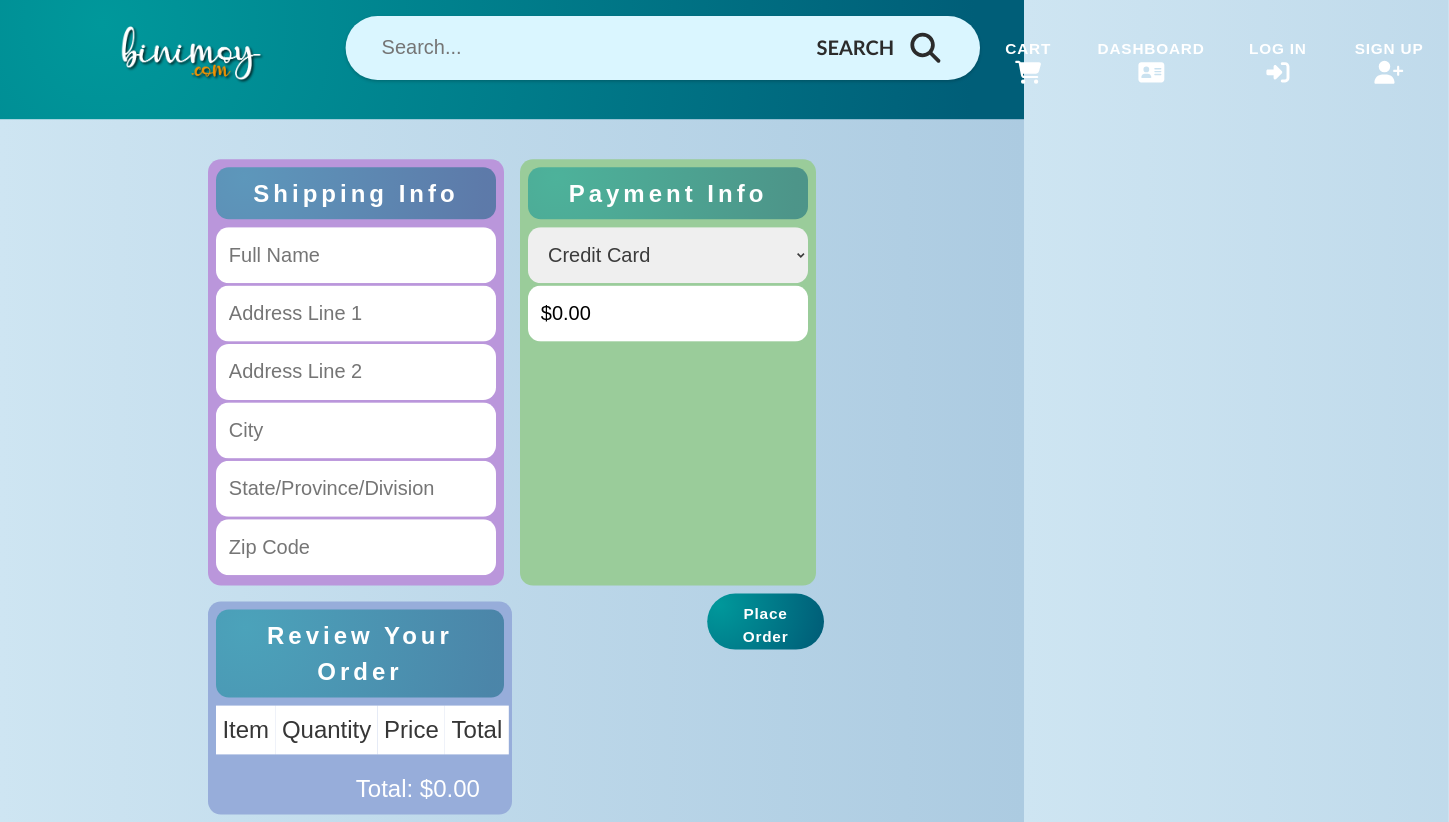
Repository: Shadman2024/2_1_DatabaseProject
Page: /checkout (app in frontend/)
An editor plug-in stored every save of this project. The page is shown before and after the next save, followed by the edit.
The browser window is 1280 px wide. The page is 1811 px wide, so the pictures cover 1811 px, including what lies to the right of the window. The pictures show the whole page, at 80% of full size.
Some web libraries are served in a nearby version. The project was rebuilt for these pictures with package versions that can differ from the ones it lists, and the page was loaded fresh each time. Also part of the build but not shown: frontend/src/App.css, frontend/src/signUp/signup.js, frontend/src/logIn/login.js, frontend/src/Home/home.module.css, frontend/src/Home/hero.js, frontend/src/Home/hero2.js, frontend/src/Home/hero3.js, frontend/src/Home/smallcategory.module.css and 31 more.

Above is the page before, as saved 2024-03-08 15:45:11.

### frontend/public/index.html
<!DOCTYPE html>
<html lang="en">

<head>
  <meta charset="utf-8" />
  <link rel="icon" href="%PUBLIC_URL%/favicon.ico" />
  <meta name="viewport" content="width=device-width, initial-scale=1" />
  <meta name="theme-color" content="#000000" />
  <meta name="description" content="Web site created using create-react-app" />
  <link rel="apple-touch-icon" href="%PUBLIC_URL%/logo192.png" />
  <!--
      manifest.json provides metadata used when your web app is installed on a
      user's mobile device or desktop. See https://developers.google.com/web/fundamentals/web-app-manifest/
    -->
  <link rel="manifest" href="%PUBLIC_URL%/manifest.json" />
  <link href="https://cdn.jsdelivr.net/npm/bootstrap@5.0.2/dist/css/bootstrap.min.css" rel="stylesheet"
    integrity="sha384-EVSTQN3/azprG1Anm3QDgpJLIm9Nao0Yz1ztcQTwFspd3yD65VohhpuuCOmLASjC" crossorigin="anonymous">
  <!--
      Notice the use of %PUBLIC_URL% in the tags above.
      It will be replaced with the URL of the `public` folder during the build.
      Only files inside the `public` folder can be referenced from the HTML.

      Unlike "/favicon.ico" or "favicon.ico", "%PUBLIC_URL%/favicon.ico" will
      work correctly both with client-side routing and a non-root public URL.
      Learn how to configure a non-root public URL by running `npm run build`.
    -->
  <title>React App</title>
</head>

<body style="background: linear-gradient(to right, #cee5f2, #accbe1);
/* Other styles */
margin: 0;
height: 100vh;
color: white;">
<!-- <body style="background: #1B1B1B"> -->


  <noscript>You need to enable JavaScript to run this app.</noscript>
  <div id="root"></div>
  <!--
      This HTML file is a template.
      If you open it directly in the browser, you will see an empty page.

      You can add webfonts, meta tags, or analytics to this file.
      The build step will place the bundled scripts into the <body> tag.

      To begin the development, run `npm start` or `yarn start`.
      To create a production bundle, use `npm run build` or `yarn build`.
    -->
  <script src="https://cdn.jsdelivr.net/npm/bootstrap@5.0.2/dist/js/bootstrap.bundle.min.js"
    integrity="sha384-MrcW6ZMFYlzcLA8Nl+NtUVF0sA7MsXsP1UyJoMp4YLEuNSfAP+JcXn/tWtIaxVXM"
    crossorigin="anonymous"></script>
  <script src="https://cdn.jsdelivr.net/npm/@popperjs/core@2.9.2/dist/umd/popper.min.js"
    integrity="sha384-IQsoLXl5PILFhosVNubq5LC7Qb9DXgDA9i+tQ8Zj3iwWAwPtgFTxbJ8NT4GN1R8p"
    crossorigin="anonymous"></script>
  <script src="https://cdn.jsdelivr.net/npm/bootstrap@5.0.2/dist/js/bootstrap.min.js"
    integrity="sha384-cVKIPhGWiC2Al4u+LWgxfKTRIcfu0JTxR+EQDz/bgldoEyl4H0zUF0QKbrJ0EcQF"
    crossorigin="anonymous"></script>
  <script src="https://code.jquery.com/jquery-3.2.1.slim.min.js"
    integrity="sha384-KJ3o2DKtIkvYIK3UENzmM7KCkRr/rE9/Qpg6aAZGJwFDMVNA/GpGFF93hXpG5KkN"
    crossorigin="anonymous"></script>
  <script src="https://cdnjs.cloudflare.com/ajax/libs/popper.js/1.12.3/umd/popper.min.js"
    integrity="sha384-vFJXuSJphROIrBnz7yo7oB41mKfc8JzQZiCq4NCceLEaO4IHwicKwpJf9c9IpFgh"
    crossorigin="anonymous"></script>
  <script src="https://maxcdn.bootstrapcdn.com/bootstrap/4.0.0-beta.2/js/bootstrap.min.js"
    integrity="sha384-alpBpkh1PFOepccYVYDB4do5UnbKysX5WZXm3XxPqe5iKTfUKjNkCk9SaVuEZflJ"
    crossorigin="anonymous"></script>


</body>

</html>

### frontend/src/index.css
*{
  margin: 0;
  outline: none;
}
body {
  margin: 0;
  font-family: -apple-system, BlinkMacSystemFont, 'Segoe UI', 'Roboto', 'Oxygen',
    'Ubuntu', 'Cantarell', 'Fira Sans', 'Droid Sans', 'Helvetica Neue',
    sans-serif;
  -webkit-font-smoothing: antialiased;
  -moz-osx-font-smoothing: grayscale;
}

code {
  font-family: source-code-pro, Menlo, Monaco, Consolas, 'Courier New',
    monospace;
}
html {
  scroll-behavior: smooth;
  position: relative;
  min-height: 100%;
  overflow-x: hidden;
}

### frontend/src/signUp/signup.module.css

.login_box {
  position: absolute;
  top: 50%;
  left: 50%;
  width: 400px;
  padding: 40px;
  margin: 20px auto;
  transform: translate(-50%, -55%);
  background-image: radial-gradient( circle farthest-corner at 10% 20%,  rgba(0,152,155,1) 0.1%, rgba(0,94,120,1) 94.2% );
  box-sizing: border-box;
  box-shadow: 0 15px 25px rgba(0,0,0,.6);
  border-radius: 10px;
  color: #ffffff;
  font-size: large;
  /* padding-left: 100px;
  padding-right: 100px; */
}
.login_box .user_box {
  position: relative;
}

.login_box .user_box input {
  width: 100%;
  padding: 10px 0;
  font-size: 16px;
  color: #fffdfd;
  margin-bottom: 30px;
  border: none;
  /* background-color: #0F1F2A; */
  border-bottom: 1px solid #ffffff;
  outline: none;
  background: transparent;
  font-size: larger;
  /* font-weight: bolder; */
}

.login_box .user_box label {
  position: absolute;
  top: -20px;
  left: 0;
  padding: 10px 0;
  font-size: 20px;
  color: #ffffff;
  /* background-color: #2E5D7F; */
  pointer-events: none;
  transition: .5s;
  font-size: large;
  /* padding: 0px;
  padding-left: 20%;
  padding-right: 20%; */
  font-weight: bold;
}

.login_box .user_box input:focus ~ label,
.login_box .user_box input:valid ~ label {
  /* top: -20px; */
  left: 0;
  color: #ffffff;
  font-size: 20px;
  /* background-color: #242424; */
  padding: 0px;
  padding-left: 10px;
  padding-right: 10px;
  font-weight: bolder;
}


.login_box p:first-child {
  margin: 0 0 30px;
  padding: 0;
  color: #ffffff;
  text-align: center;
  font-size: 1.5rem;
  font-weight: bold;
  letter-spacing: 1px;
  padding-bottom: 30px;
}




.animated_button {
  position: relative;
  display: inline-block;
  padding: 12px 24px;
  border: none;
  font-size: 16px;
  background-color: inherit;
  border-radius: 100px;
  font-weight: 600;
  color: #ffffff;
  box-shadow: 0 0 0 2px #ffffff00;
  cursor: pointer;
  overflow: hidden;
  transition: all 0.6s cubic-bezier(0.23, 1, 0.320, 1);
  text-align: center;
  font-size: 1.2rem;
  /* font-weight: bold; */
  letter-spacing: 1px;
  /* padding-bottom: 30px; */
}

.animated_button span:last-child {
  position: absolute;
  top: 50%;
  left: 50%;
  transform: translate(-50%, -50%);
  width: 20px;
  height: 20px;
  background-color: #fff;
  /* color: #000; */
  border-radius: 50%;
  opacity: 0;
  transition: all 0.8s cubic-bezier(0.23, 1, 0.320, 1);
}

.animated_button span:first-child {
  position: relative;
  z-index: 1;
}

.animated_button:hover {
  box-shadow: 0 0 0 3px #ffffff;
  color: #2F0332;
}

.animated_button:active {
  scale: 0.95;
}

.animated_button:hover span:last-child {
  width: 150px;
  height: 150px;
  opacity: 1;
}

input {
  color: white;
  background-color: black;
}

::-ms-reveal {
  filter: invert(100%);
}

/* Chrome, Safari, Edge, Opera */
input::-webkit-outer-spin-button,
input::-webkit-inner-spin-button {
-webkit-appearance: none;
margin: 0;
}

### frontend/src/logIn/login.module.css


.login_box {
  position: absolute;
  top: 50%;
  left: 50%;
  width: 400px;
  padding: 40px;
  margin: 20px auto;
  transform: translate(-50%, -55%);
  background-image: radial-gradient( circle farthest-corner at 10% 20%,  rgba(0,152,155,1) 0.1%, rgba(0,94,120,1) 94.2% );
  box-sizing: border-box;
  box-shadow: 0 15px 25px rgba(0, 0, 0, .6);
  border-radius: 10px;
  color: #ffffff;
  font-size: large;
  /* padding-left: 100px;
  padding-right: 100px; */
}

.login_box .user_box {
  position: relative;
}

.login_box .user_box input {
  width: 100%;
  padding: 10px 0;
  font-size: 16px;
  color: #fffdfd;
  margin-bottom: 30px;
  border: none;
  /* background-color: #0F1F2A; */
  border-bottom: 1px solid #ffffff;
  outline: none;
  background: transparent;
  font-size: larger;
  /* font-weight: bolder; */
}

.login_box .user_box label {
  position: absolute;
  top: -20px;
  left: 0;
  padding: 10px 0;
  font-size: 20px;
  color: #ffffff;
  /* background-color: #2E5D7F; */
  pointer-events: none;
  transition: .5s;
  font-size: large;
  /* padding: 0px;
  padding-left: 20%;
  padding-right: 20%; */
  font-weight: bold;
}

.login_box .user_box input:focus~label,
.login_box .user_box input:valid~label {
  /* top: -20px; */
  left: 0;
  color: #ffffff;
  font-size: 20px;
  /* background-color: #242424; */
  padding: 0px;
  padding-left: 10px;
  padding-right: 10px;
  font-weight: bolder;
}


.login_box p:first-child {
  margin: 0 0 30px;
  padding: 0;
  color: #ffffff;
  text-align: center;
  font-size: 1.5rem;
  font-weight: bold;
  letter-spacing: 1px;
  padding-bottom: 30px;
}




.animated_button {
  position: relative;
  display: inline-block;
  padding: 12px 24px;
  border: none;
  font-size: 16px;
  background-color: inherit;
  border-radius: 100px;
  font-weight: 600;
  color: #ffffff;
  box-shadow: 0 0 0 2px #ffffff00;
  cursor: pointer;
  overflow: hidden;
  transition: all 0.6s cubic-bezier(0.23, 1, 0.320, 1);
  text-align: center;
  font-size: 1.2rem;
  /* font-weight: bold; */
  letter-spacing: 1px;
  /* padding-bottom: 30px; */
}

.animated_button span:last-child {
  position: absolute;
  top: 50%;
  left: 50%;
  transform: translate(-50%, -50%);
  width: 20px;
  height: 20px;
  background-color: #fff;
  /* color: #000; */
  border-radius: 50%;
  opacity: 0;
  transition: all 0.8s cubic-bezier(0.23, 1, 0.320, 1);
}

.animated_button span:first-child {
  position: relative;
  z-index: 1;
}

.animated_button:hover {
  box-shadow: 0 0 0 3px #ffffff;
  color: #2F0332;
}

.animated_button:active {
  scale: 0.95;
}

.animated_button:hover span:last-child {
  width: 150px;
  height: 150px;
  opacity: 1;
}

input {
  color: white;
  background-color: black;
}

::-ms-reveal {
  filter: invert(100%);
}

### frontend/src/dashboard/dashboard.module.css
body {
    /* font-family: Arial, sans-serif; */
    margin: 0;
    padding: 0;
    box-sizing: border-box;
    /* font-size: larger; */
}

.container {
    font-size: 30px;
    display: flex;
    justify-content: space-around;
    margin: 20px;
    margin-left: 130px;
    margin-right: 130px;
}

.user_info,
.order_info {
    flex-basis: 45%;
    padding: 20px;
    box-shadow: 0 0 10px rgba(0, 0, 0, 0.1);
}


.user_photo {
    width: 200px;
    height: 200px;
    object-fit: cover;
    border-radius: 50%;
    margin-bottom: 20px;
}

h2 {
    color: #333;
    margin-bottom: 15px;
}

p {
    line-height: 1.6;
    color: #666;
}

strong {
    color: #333;
}

@media (max-width: 768px) {
    .container {
        flex-direction: column;
        align-items: center;
    }

    .user-info,
    .order-info {
        flex-basis: 90%;
    }
}

.title {
    /* Add styles for your title here */
    margin-bottom: 10px;
    /* Example space between title and wrapper */
    font-size: 30px;
    color: rgb(255, 255, 255);
    font-weight: bolder;
    padding-left: 200px;
    background-image: radial-gradient( circle farthest-corner at 10% 20%,  rgba(0,152,155,1) 0.1%, rgba(0,94,120,1) 94.2% );
    margin-top: 0px;
    letter-spacing: 5px;
}

.animated_button {
    position: relative;
    display: inline-block;
    padding: 12px 24px;
    border: none;
    font-size: 16px;
    background-color: rgb(71, 0, 73);
    border-radius: 100px;
    font-weight: 600;
    color: rgb(255, 255, 255);
    box-shadow: 0 0 0 2px #ffffff00;
    cursor: pointer;
    overflow: hidden;
    transition: all 0.6s cubic-bezier(0.23, 1, 0.320, 1);
    text-align: center;
    font-size: 1.2rem;
    /* font-weight: bold; */
    letter-spacing: 1px;
    /* padding-bottom: 30px; */
}

.animated_button span:last-child {
    position: absolute;
    top: 50%;
    left: 50%;
    transform: translate(-50%, -50%);
    width: 20px;
    height: 20px;
    background-color: rgb(71, 0, 73);
    /* color: #000; */
    border-radius: 50%;
    opacity: 0;
    transition: all 0.8s cubic-bezier(0.23, 1, 0.320, 1);
}

.animated_button span:first-child {
    position: relative;
    z-index: 1;
}

.animated_button:hover {
    box-shadow: 0 0 0 3px #ffffff;
    color: #2F0332;
}

.animated_button:active {
    scale: 0.95;
}

.animated_button:hover span:last-child {
    width: 150px;
    height: 150px;
    opacity: 1;
}
.userDetails {
    margin-bottom: 10px;
    color: #0f0f0f;
    font-size: 30px;
}

.userDetails strong {
    color: #2c2c2c;
    font-weight: bold;
}
.user_photo{
    margin-top: 10px;
}

.userDetail {
    display: flex;
    align-items: center;
    margin-bottom: 10px;
}

.detailLabel, .detailValue {
    margin-right: 100px;
}

.detailLabel {
    /* If you want the labels to have a fixed width for alignment */
    width: 220px;
    font-weight: bold;
    color: #000;
}

.detailValue {
    flex-grow: 1;
    color: #333;
}

/* Your existing styles */

### frontend/src/orders/orders.module.css
/* orders.module.css */
.orders_container {
  padding: 20px;
  /* background: #f5f5f5; */
  border-radius: 8px;
  /* box-shadow: 0 2px 4px rgba(0,0,0,0.1); */
  margin-left: 250px;
  margin-right: 250px;
  margin-left: 250px;
  margin-top: 40px;
  margin-right: 250px;
  padding: 20px;
  /* background-color: #f9f9f9; */
  border-radius: 8px;
  box-shadow: 0 2px 4px rgba(0,0,0,0.3);
  background-color: #97adda;
}

.title {
  font-size: 30px;;
  color: rgb(255, 255, 255);
  font-weight: bolder;
  background-image: radial-gradient( circle farthest-corner at 10% 20%,  rgba(0,152,155,50%) 0.1%, rgba(0,94,120,50%) 94.2% );
  margin-top: 0px;
  /* background-color: #ba96db; */
  letter-spacing: 5px;
  margin-bottom: 0px;
  padding-bottom: 0px;
  border-radius: 0.5rem;
  padding: 10px;
  text-align: center;
  border-radius: 1rem 1rem 1rem 1rem;
  margin-bottom: 10px;
}

.order {
  /* background: #ffffff; */
  padding: 15px;
  margin-bottom: 20px;
  /* border-radius: 8px; */
  /* box-shadow: 0 1px 3px rgba(0,0,0,0.12), 0 1px 2px rgba(0,0,0,0.24); */
  font-size: 20px;
  border-radius: 1rem 1rem 1rem 1rem;
  background-color: white;
}

.order h3 {
  color: #0275d8;
  font-size: 20px;
  margin-top: 0;
  margin-bottom: 10px;
}

.order p {
  color: #313131;
  margin: 5px 0;
}

ul {
  list-style-type: none;
  padding: 0;
}

li {
  margin: 5px 0;
  color: #363636;
}

strong {
  color: #333;
}

/* Specific styles for shipping and payment sections */
.order > div {
  margin-top: 10px;
  padding-top: 10px;
  border-top: 1px solid #eee;
}

/* Adjust the below properties as per your UI requirements */
.orders_table {
  width: 100%;
  border-collapse: collapse;
}

.orders_table th, .orders_table td {
  text-align: left;
  padding: 8px;
  border-bottom: 1px solid #ddd;
}

.orders_table th {
  background-color: #f9f9f9;
}
.orders_table {
  width: 100%;
  margin-top: 10px;
  border-collapse: collapse;
}

.orders_table th, .orders_table td {
  text-align: left;
  padding: 8px;
  border-bottom: 1px solid #ddd;
}

.orders_table th {
  background-color: teal;
  /* color: #313131; */
}
.orders_table td {
  background-color: #e0e0e0;
  color: #313131;
}

### frontend/src/checkout/checkout.module.css
.container{
    /* display: flex; */
    margin-left: 250px;
    margin-right: 250px;
    margin-top: 40px;
    align-items: center;
}
.container1{
    display: flex;

    /* margin-top: 40px; */
}
.container2{
    display: flex;

    /* margin-top: 40px; */
}
.cartReview{
    background-color: #97adda;
    padding: 10px;
    width: 48.7%;
    margin: 10px;
    border-radius: 1rem 1rem 1rem 1rem;
    text-align: center;
}
.shipping{
    background-color: #ba96db;
    padding: 10px;
    width: 50%;
    margin: 10px;
    border-radius: 1rem 1rem 1rem 1rem;
}
.payment{
    background-color: #9acc9a;
    padding: 10px;
    width: 50%;
    margin: 10px;
    border-radius: 1rem 1rem 1rem 1rem;
    margin-bottom: 10px;
}
.title {
    font-size: 30px;;
    color: rgb(255, 255, 255);
    font-weight: bolder;
    background-image: radial-gradient( circle farthest-corner at 10% 20%,  rgba(0,152,155,50%) 0.1%, rgba(0,94,120,50%) 94.2% );
    margin-top: 0px;
    /* background-color: #ba96db; */
    letter-spacing: 5px;
    margin-bottom: 0px;
    padding-bottom: 0px;
    border-radius: 0.5rem;
    margin-bottom: 10px;
    padding: 10px;
    text-align: center;
    border-radius: 1rem 1rem 1rem 1rem;
}
.checkoutForm {
    display: flex;
    flex-direction: column;
    /* gap: 10px;  */
}
input{
    background-color: #ffffff;
    border: 1px solid #9acc9a00;
    color: black;
    height: 70px;
    border-radius: 1rem 1rem 1rem 1rem;
    margin-bottom: 3px;
}
input[type="text"] {
    padding: 8px 15px;
    /* margin: 8px 0;  */
    display: inline-block;
    /* border: 1px solid #ccc;  */
    /* border-radius: 4px;  */
    box-sizing: border-box;
    /* text-align: center; */
    font-size: 25px;
    width: 100%;
}
input[type="text"]:focus {
    border-color: #4CAF50;
    outline: none;
}


.formGroup select {
    /* background-image: url('data:[embedded picture, 189 characters]'); */
    background-repeat: no-repeat;
    background-position: right 10px center; /* Positions the arrow to the right */
    background-size: 12px 12px; /* Size of the arrow */
    height: 70px;
    border-radius: 1rem 1rem 1rem 1rem;
    border: 1px solid #9acc9a00;
    margin-bottom: 3px;
    width: 100%;
    font-size: 25px;
    color: rgb(59, 59, 59);
    padding-left: 20px;
}

/* Focus style */
.formGroup select:focus {
    border-color: #4CAF50; /* Example focus color */
    outline: none; /* Removes default focus outline */
}

/* If you have a label */
.formGroup label {
    margin-bottom: 5px; /* Space between label and select */
    font-weight: bold; /* Optional: makes label text bold */
    font-size: 25px;
  }

  .reviewTable {
    width: 100%;
    /* margin-left: 20%; */
    /* margin-right: 20%; */
    border-collapse: collapse;
    margin-bottom: 20px;
  }

  .reviewTable th,
  .reviewTable td {
    text-align: left;
    padding: 8px;
    /* border-bottom: 1px solid #ddd; */
  }

  .reviewTable th {
    background-color: rgb(255, 255, 255);
    font-size: 30px;
    font-weight: normal;
    /* border-radius: 1rem 1rem 1rem 1rem; */
    color: #363636;
    margin: 20px;
  }
  .reviewTable td {
    font-size: 20px;
    font-weight: lighter;
    /* border-radius: 1rem 1rem 1rem 1rem; */
    color: #ffffff;
    /* margin: 20px; */
  }

  .reviewTable tr:hover {
    background-color: teal;
  }

  .totalAmount {
    font-weight: lighter;
    font-size: 30px;
    text-align: right;
    margin-top: 10px;
    /* text-align: center; */
    margin-right: 30px;
  }


  .animated_button {
    height: 70px;
    margin-left: 30%;
    position: relative;
    display: inline-block;
    padding: 12px 24px;
    border: none;
    font-size: 16px;
    background-image: radial-gradient( circle farthest-corner at 10% 20%,  rgba(0,152,155,1) 0.1%, rgba(0,94,120,1) 94.2% );
    border-radius: 100px;
    font-weight: 600;
    color: rgb(255, 255, 255);
    box-shadow: 0 0 0 2px #ffffff00;
    cursor: pointer;
    overflow: hidden;
    transition: all 0.6s cubic-bezier(0.23, 1, 0.320, 1);
    text-align: center;
    font-size: 1.2rem;
    /* font-weight: bold; */
    letter-spacing: 1px;
    /* padding-bottom: 30px; */
  }

  .animated_button span:last-child {
    position: absolute;
    top: 50%;
    left: 50%;
    transform: translate(-50%, -50%);
    width: 20px;
    height: 20px;
    background-color: rgb(71, 0, 73);
    /* color: #000; */
    border-radius: 50%;
    opacity: 0;
    transition: all 0.8s cubic-bezier(0.23, 1, 0.320, 1);
  }

  .animated_button span:first-child {
    position: relative;
    z-index: 1;
  }

  .animated_button:hover {
    box-shadow: 0 0 0 3px #ffffff;
    color: #2F0332;
  }

  .animated_button:active {
    scale: 0.95;
  }

  .animated_button:hover span:last-child {
    width: 150px;
    height: 150px;
    opacity: 1;
  }

### frontend/src/Home/hero.module.css
.hero {
    /* height: 100vh; */
    background: linear-gradient(180deg, #fde1ff, #e1ffea22 60%);
    display: flex;
    margin-bottom: 25px;
}

.hero_left {
    flex: 1;
    display: flex;
    flex-direction: column;
    /* justify-content: center; */
    padding-top: 10px;
    gap: 2px;
    padding-left: 10px;
    line-height: 1.1;
}

.hero_left h2 {
    color: rgb(41, 0, 35);
    font-size: 26 px;
    font-weight: 600;
}

.hero_left p {
    color: rgb(50, 0, 54);
    font-size: 100px;
    font-weight: 600;
}

.hero_hand_icon {
    display: flex;
    align-items: center;
    gap: 20px;
}

.image {
    /* max-width: 100%; */
    width: 199%;
    height: 500px;
    display: block; /* Ensure images resize within their container */
    border: 2px solid black;
    border-radius: 0.4rem;
  }

/* .hero-latest-btn{
    display: flex;
    justify-content: center;
    align-items: center;
    gap: 15px;
    width: 310px;
    height: 70px;
    background: #3d1a3f;
    color: white;
    font-size: 22px;
    font-weight: 500;

} */

.hero_right {
    flex: 1;
    display: flex;
    align-items: center;
    justify-content: center;
}

button {
    position: relative;
    display: inline-block;
    cursor: pointer;
    outline: none;
    border: 0;
    vertical-align: middle;
    text-decoration: none;
    background: transparent;
    padding: 0;
    font-size: inherit;
    font-family: inherit;
}

button.learn_more {
    width: 12rem;
    height: auto;
}

button.learn_more .circle {
    transition: all 0.45s cubic-bezier(0.65, 0, 0.076, 1);
    position: relative;
    display: block;
    margin: 0;
    width: 3rem;
    height: 3rem;
    background: #ffffff;
    border-radius: 1.625rem;
}

button.learn_more .circle .icon {
    transition: all 0.45s cubic-bezier(0.65, 0, 0.076, 1);
    position: absolute;
    top: 0;
    bottom: 0;
    margin: auto;
    background: #ffffff;
}

button.learn_more .circle .icon {
    transition: all 0.45s cubic-bezier(0.65, 0, 0.076, 1);
    left: 0.625rem;
    width: 1.125rem;
    height: 0.125rem;
    background: none;
}

button.learn_more .circle .icon::before {
    position: absolute;
    content: "";
    top: -0.29rem;
    right: 0.0625rem;
    width: 0.625rem;
    height: 0.625rem;
    border-top: 0.125rem solid #020202;
    border-right: 0.125rem solid #000000;
    transform: rotate(45deg);
}

button.learn_more .button_text {
    transition: all 0.45s cubic-bezier(0.65, 0, 0.076, 1);
    position: absolute;
    top: 0;
    left: 0;
    right: 0;
    bottom: 0;
    padding: 0.75rem 0;
    margin: 0 0 0 1.85rem;
    color: #ffffff;
    font-weight: 700;
    line-height: 1.6;
    text-align: center;
    text-transform: uppercase;
}

button:hover .circle {
    width: 100%;
}

button:hover .circle .icon{
    background: #000000;
    transform: translate(1rem, 0);
}

button:hover .button_text {
    color: #000000;
}

Loaded but not shown: frontend/src/checkout/checkout.js (127 lines, source omitted); frontend/src/NavBar/nav.js (82 lines, source omitted); frontend/src/App.js (81 lines, source omitted); frontend/src/index.js (10 lines, source omitted); frontend/src/seach/search.module.css (299 lines, source omitted); frontend/src/NavBar/nav.module.css (307 lines, source omitted); frontend/src/Home/hero2.module.css (153 lines, source omitted); frontend/src/Home/hero3.module.css (153 lines, source omitted); frontend/src/admin/admin.module.css (no stored copy; drawn as an empty file)

After the next save:
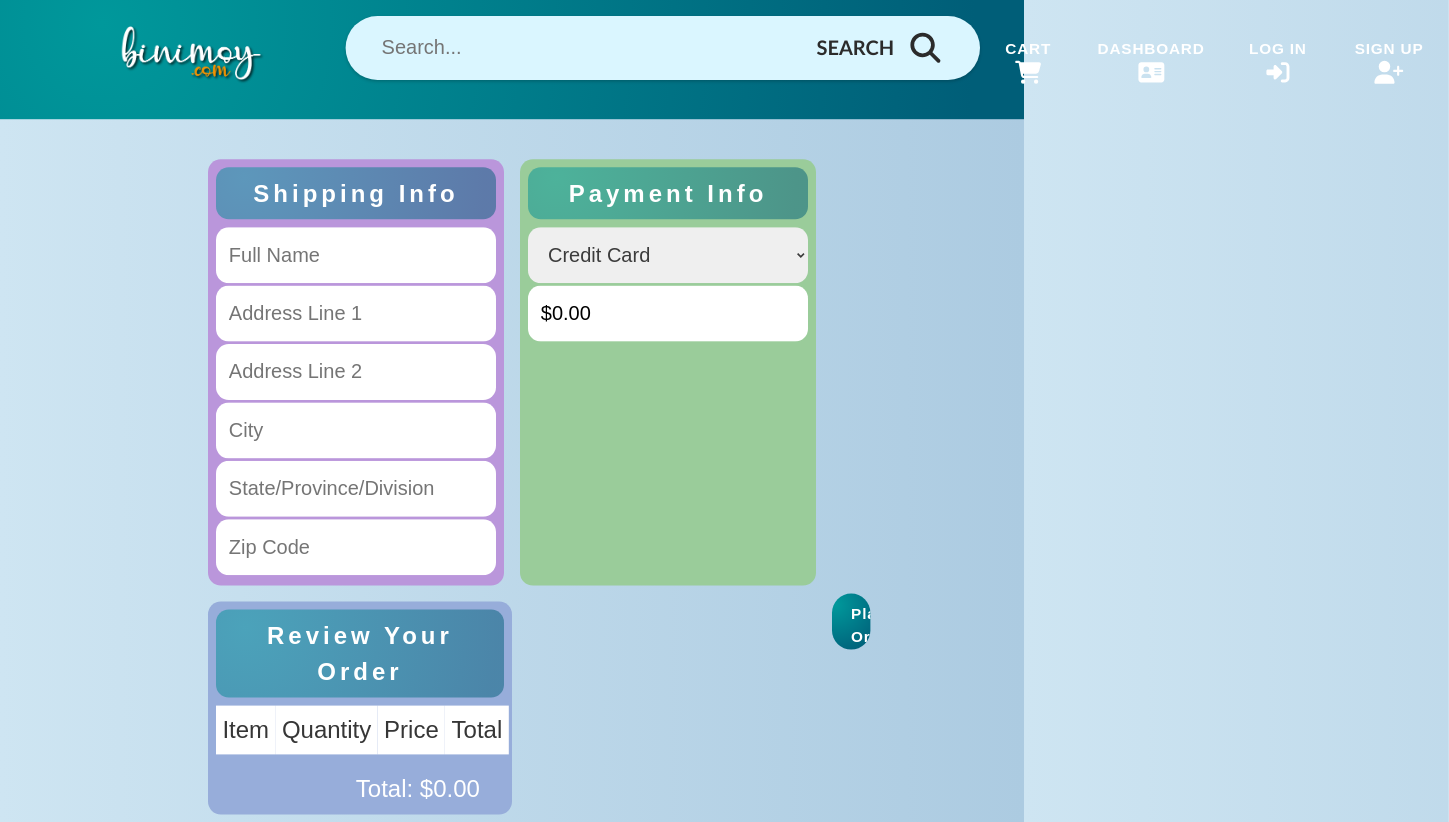
Saved 4 s later.
--- a/frontend/src/checkout/checkout.module.css
+++ b/frontend/src/checkout/checkout.module.css
@@ -159,7 +159,7 @@ input[type="text"]:focus {
 
   .animated_button {
     height: 70px;
-    margin-left: 30%;
+    margin-left: 50%;
     position: relative;
     display: inline-block;
     padding: 12px 24px;
